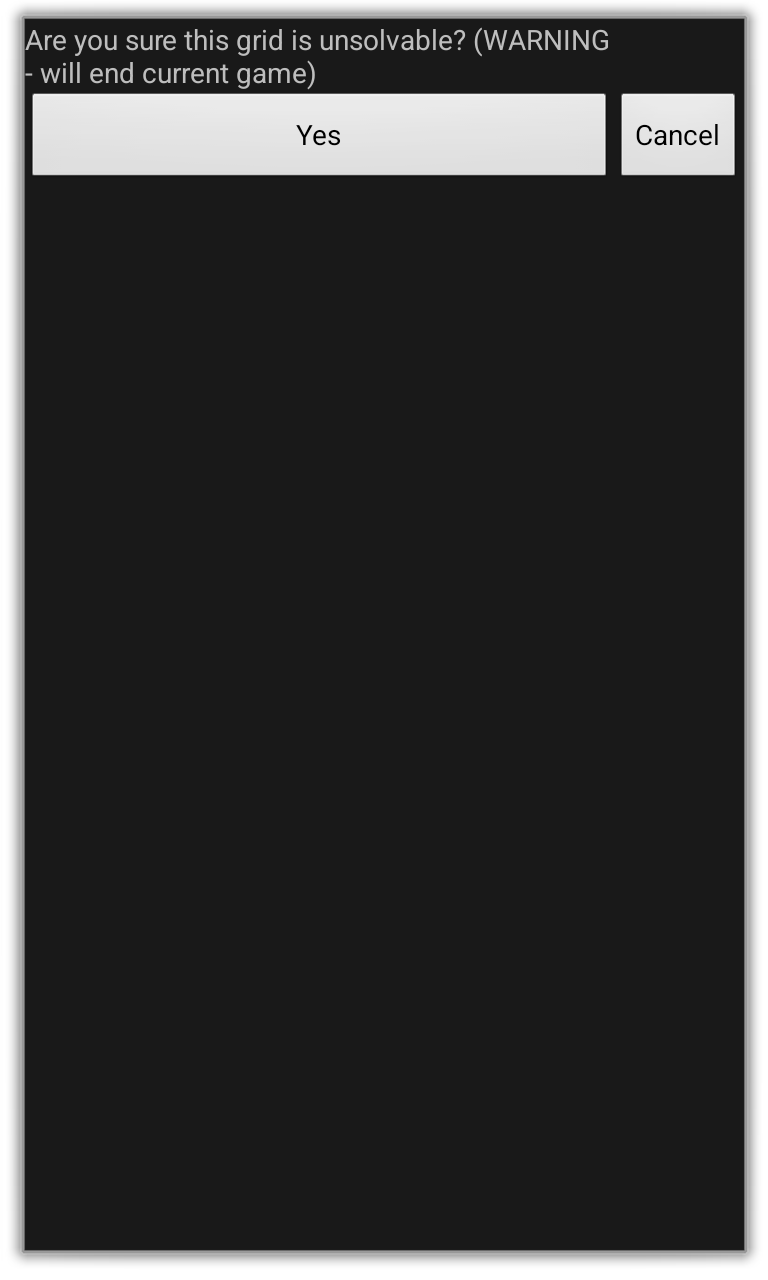
Repository: rickydalziel/project
Layout: Numbersorter/res/layout/activity_unsolve_dialog.xml
An editor plug-in stored every save of this project. The layout is shown before and after the next save, followed by the edit.
It is drawn on a 768 x 1280 px phone screen (xhdpi) without system bars, with theme android:Theme.Dialog; the app's code is not run.

Above is the layout before, as saved 2013-03-07 13:37:42.

After the next save:
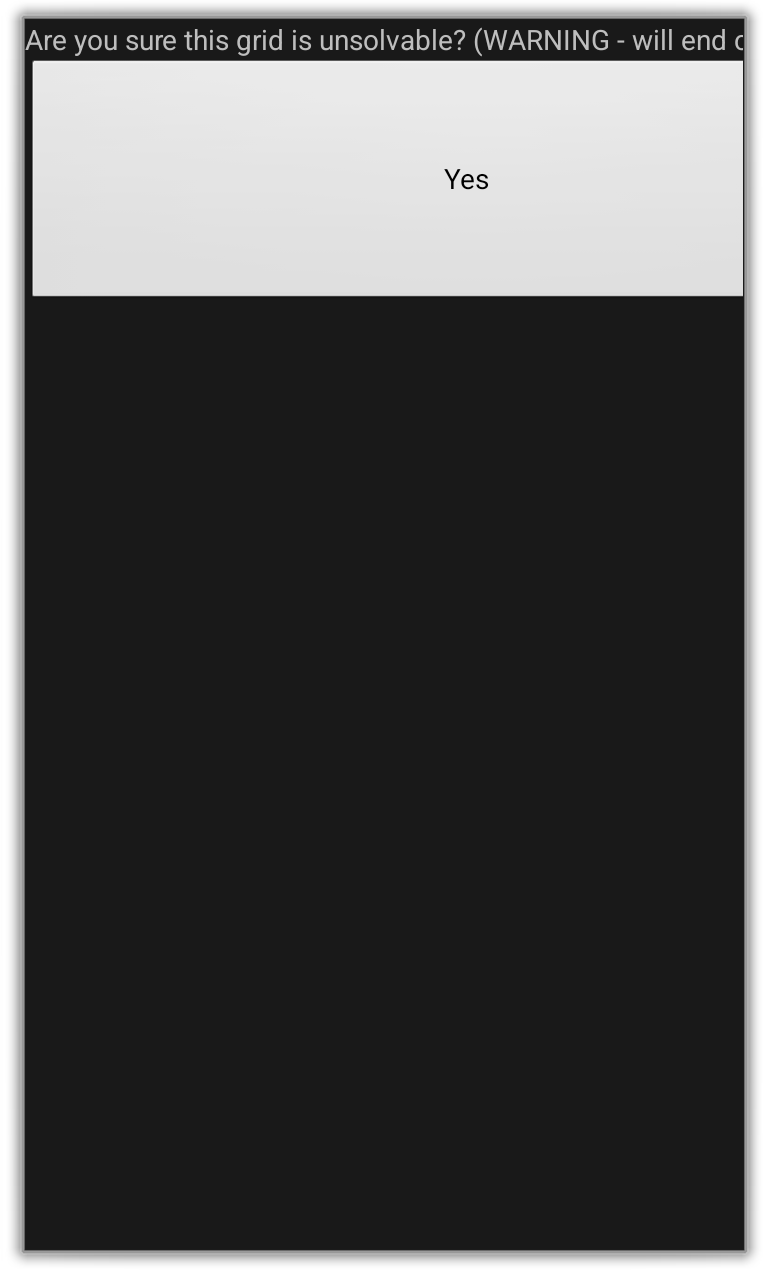
Saved 34 s later.
--- a/Numbersorter/res/layout/activity_unsolve_dialog.xml
+++ b/Numbersorter/res/layout/activity_unsolve_dialog.xml
@@ -5,7 +5,7 @@
 	        android:layout_width="fill_parent"
 			android:layout_height="fill_parent"
 	        android:orientation="vertical"
-	        android:shrinkColumns="0"
+	        android:shrinkColumns="1"
   			android:stretchColumns="1" >
 
        <TableRow>
